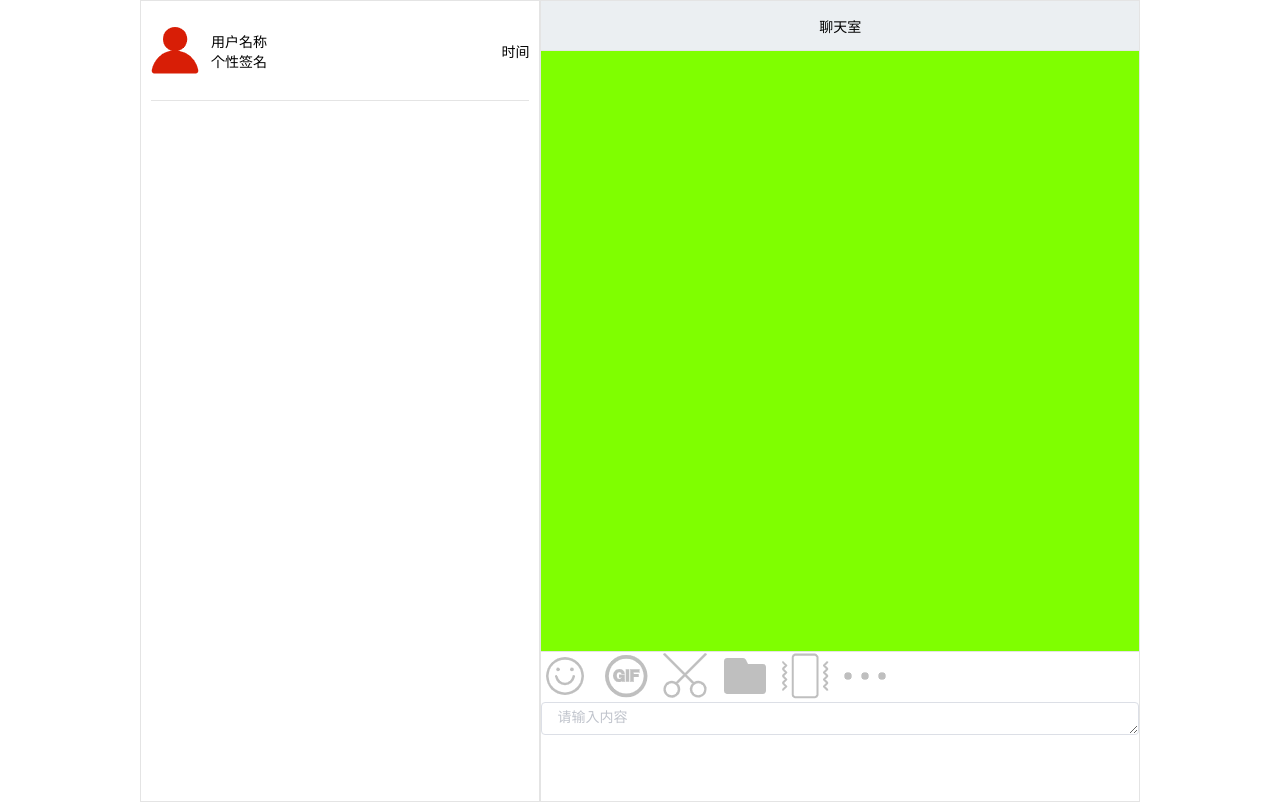
Repository: jinggegeZ/livechat
Page: /
An editor plug-in stored every save of this project. The page is shown before and after the next save, followed by the edit.
The browser window is 1280 px wide. The pictures show the whole page.
The project was rebuilt for these pictures with package versions that can differ from the ones it lists, and the page was loaded fresh each time.

Above is the page before, as saved 2020-08-17 12:42:50.

After the next save:
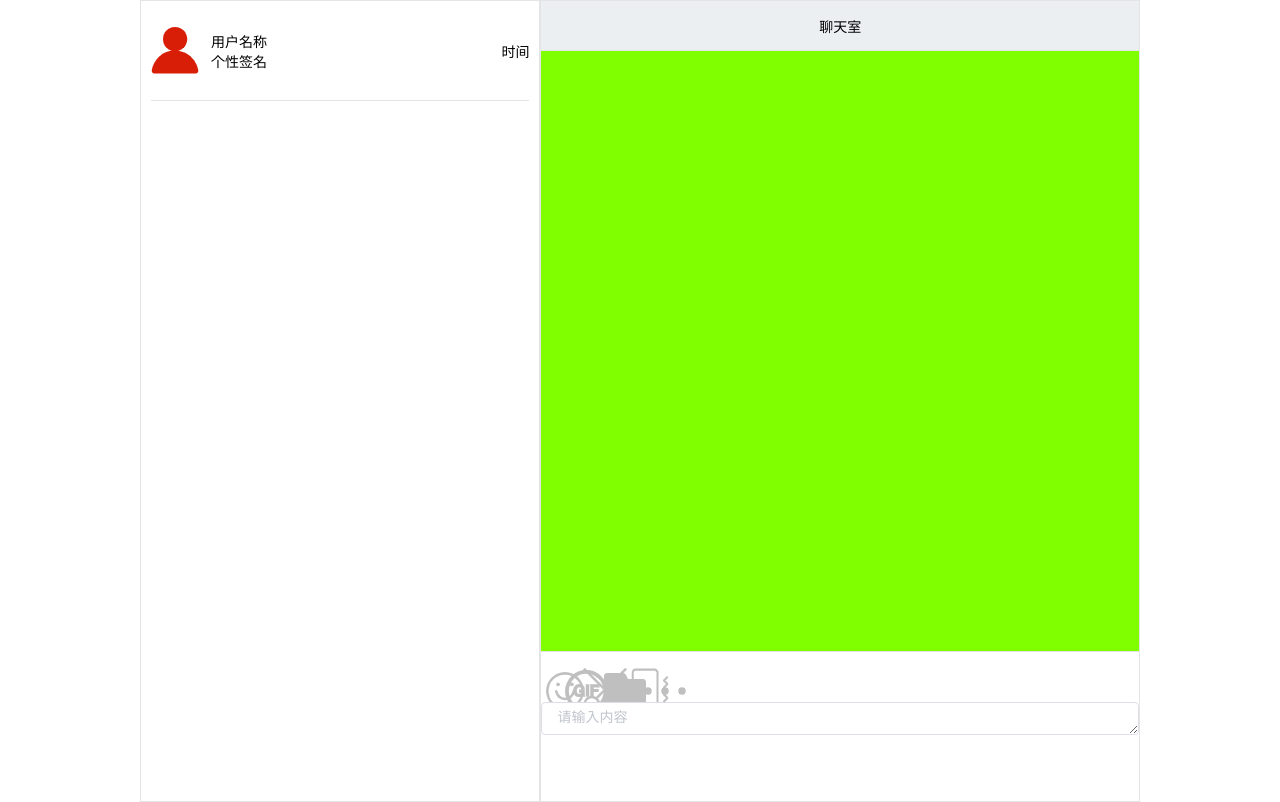
Saved 40 s later.
--- a/src/views/Home.vue
+++ b/src/views/Home.vue
@@ -30,12 +30,12 @@
           </div>
           <div class="box2-2">
             <div class="box2-2-1">
-              <div class="img"><img src="../../public/image/small.png" alt=""></div>
-              <div class="img"><img src="../../public/image/GIF.png" alt=""></div>
-              <div class="img"><img src="../../public/image/chose.png" alt=""></div>
-              <div class="img"><img src="../../public/image/word.png" alt=""></div>
-              <div class="img"><img src="../../public/image/move.png" alt=""></div>
-               <div class="img"><img src="../../public/image/more.png" alt=""></div>
+              <div class="img1"><img src="../../public/image/small.png" alt=""></div>
+              <div class="img1"><img src="../../public/image/GIF.png" alt=""></div>
+              <div class="img1"><img src="../../public/image/chose.png" alt=""></div>
+              <div class="img1"><img src="../../public/image/word.png" alt=""></div>
+              <div class="img1"><img src="../../public/image/move.png" alt=""></div>
+               <div class="img1"><img src="../../public/image/more.png" alt=""></div>
             </div>
             <div class="box2-2-2">
             <el-input type="textarea" v-model="input" placeholder="请输入内容" autosize="true"></el-input>
@@ -109,6 +109,10 @@ export default {
   border-radius: 50%;
   margin-right: 10px;
 }
+.img1 {
+  width: 20px;
+  height: 20px;
+}
 .box2 {
   flex: 6;
   height: 100%;
